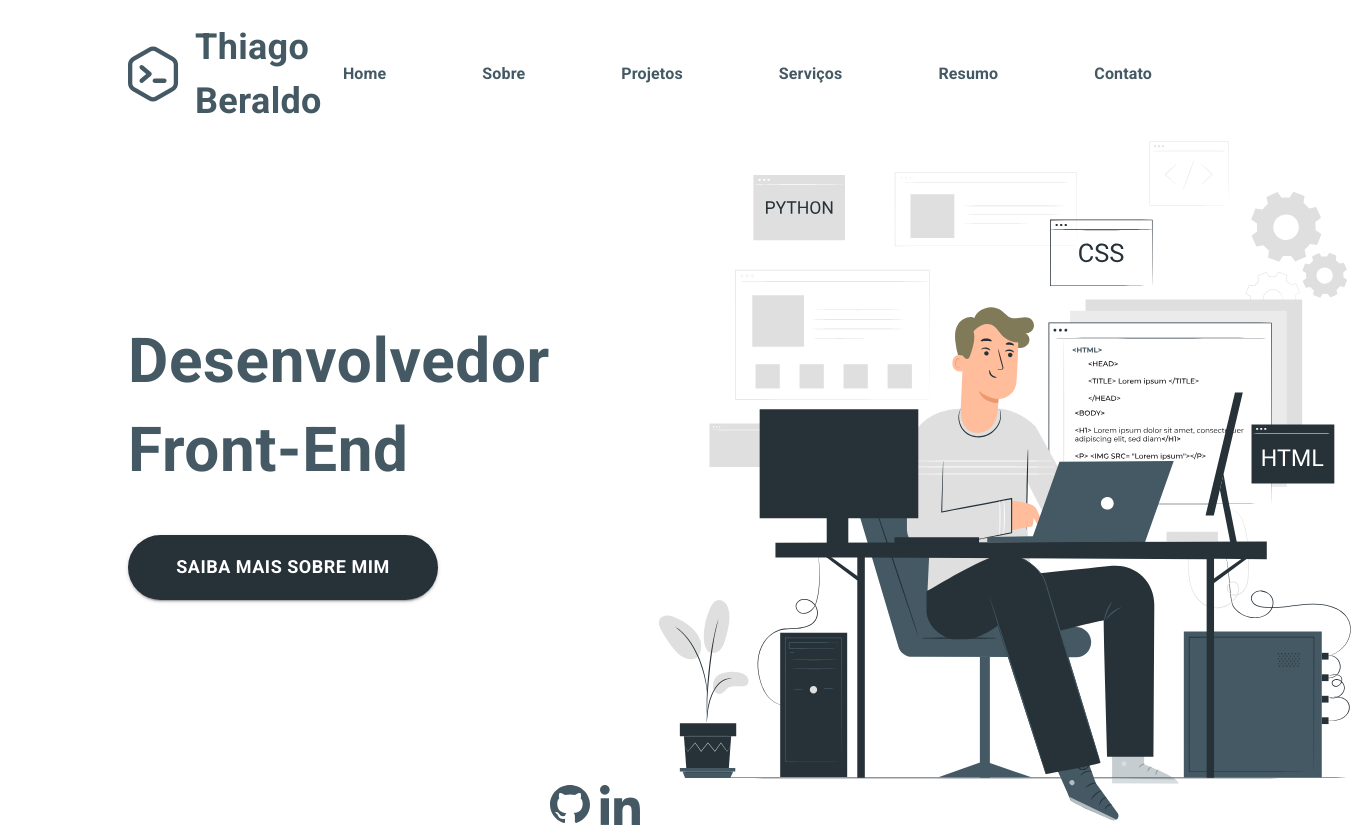
Repository: lenx0/myportfolio
Page: /
These files come from the project's save history. The page is drawn as it stood at one moment and after the next save; the edit follows.
The browser window is 1280 px wide. The page is 1361 px wide, then 1280 px, then 1361 px, so the pictures cover 1361 px, including what lies to the right of the window. The pictures show the whole page.
The project was rebuilt for these pictures with package versions that can differ from the ones it lists, and the page was loaded fresh each time. Also part of the build but not shown: vite.config.js.

Above is the page before, as saved 2024-06-07 10:44:54.

After the next save:
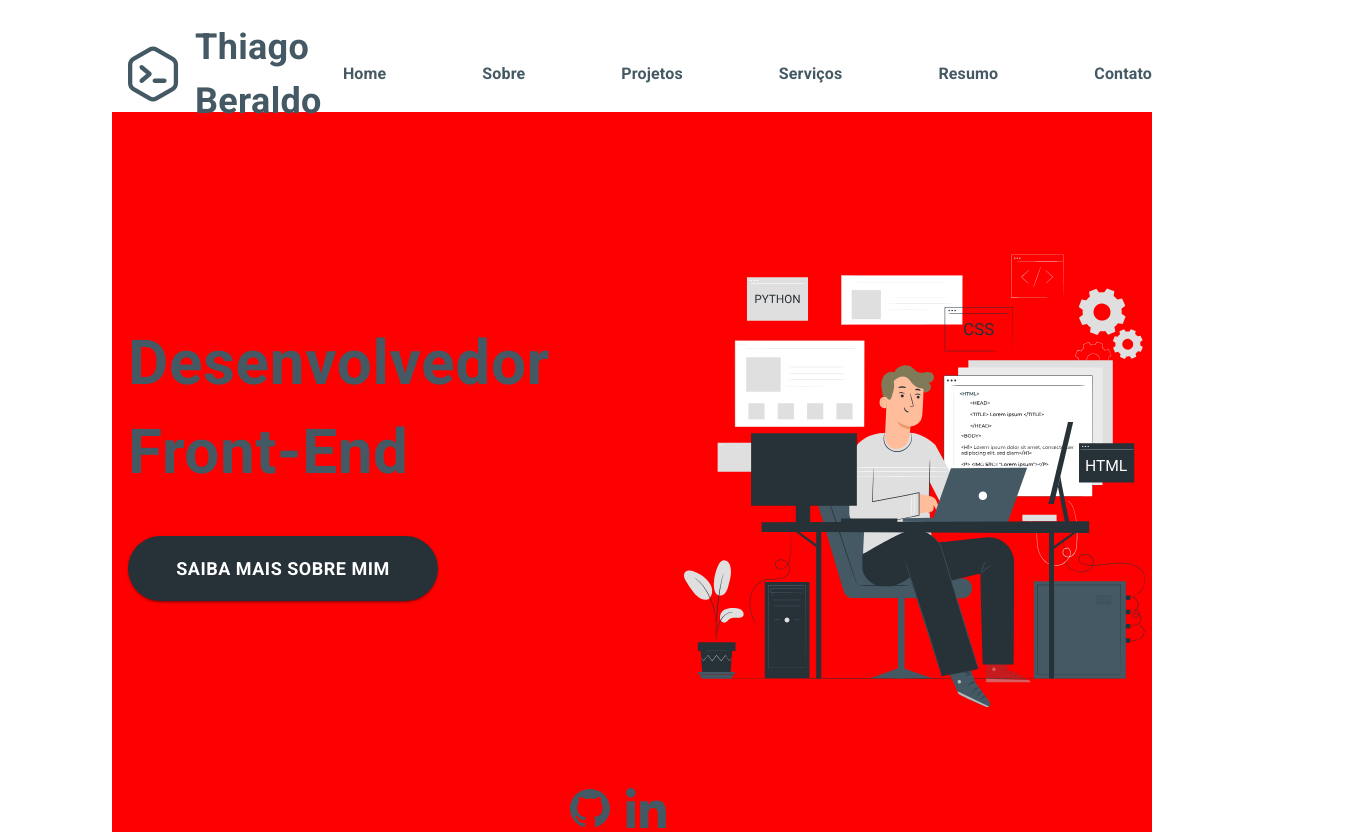
Saved 20 s later.
--- a/src/components/Home/index.jsx
+++ b/src/components/Home/index.jsx
@@ -7,21 +7,21 @@
   return (
     <Grid
       container
-      direction="row"
+      direction={{ xs: 'column', md: 'row' }} // Column on small screens, row on medium and up
       alignItems="center"
       spacing={2}
       wrap="nowrap"
+      sx={{ height: '100vh', backgroundColor: 'red' }} // Optional: background color and full height
     >
-      <Grid item>
+      <Grid item sx={{ textAlign: { xs: 'center', md: 'left' }, mb: { xs: 2, md: 0 } }}>
         <Typography
           variant="body2"
           sx={{
-            fontSize: 62,
+            fontSize: { xs: 32, sm: 48, md: 62 }, // Responsive font size
             fontWeight: 700,
             color: "#445964",
-            flexShrink: 1,
             mb: 5,
-            maxWidth: "50vw",
+            maxWidth: { xs: '90vw', md: '50vw' }, // Responsive max width
           }}
         >
           Desenvolvedor Front-End
@@ -29,11 +29,11 @@
         <Button
           variant="contained"
           sx={{
-            fontSize: 18,
+            fontSize: { xs: 14, sm: 16, md: 18 }, // Responsive font size
             fontWeight: 700,
             backgroundColor: "#263138",
-            width: 310,
-            height: 65,
+            width: { xs: '80%', sm: '70%', md: 310 }, // Responsive width
+            height: { xs: 50, sm: 60, md: 65 }, // Responsive height
             borderRadius: 20,
             mb: 5,
           }}
@@ -41,23 +41,16 @@
           Saiba mais sobre mim
         </Button>
       </Grid>
-      <Box
-        sx={{
-          display: "flex",
-          justifyContent: "flex-start",
-          marginTop: "auto",
-          gap: "10px",
-        }}
-      >
+      <Grid item sx={{ display: 'flex', justifyContent: { xs: 'center', md: 'flex-start' }, mt: { xs: 2, md: 'auto' }, gap: 2 }}>
         <Box>
-          <img src={Github} />
+          <img src={Github} alt="Github" style={{ width: '40px', height: '40px' }} /> {/* Set icon size */}
         </Box>
         <Box>
-          <img src={Linkedin} />
+          <img src={Linkedin} alt="LinkedIn" style={{ width: '40px', height: '40px' }} /> {/* Set icon size */}
         </Box>
-      </Box>
-      <Grid item>
-        <img src={HomeArt} alt="Home Art" />
+      </Grid>
+      <Grid item sx={{ textAlign: { xs: 'center', md: 'left' } }}>
+        <img src={HomeArt} alt="Home Art" style={{ maxWidth: '100%', height: 'auto' }} /> {/* Responsive image */}
       </Grid>
     </Grid>
   );

After the save that followed:
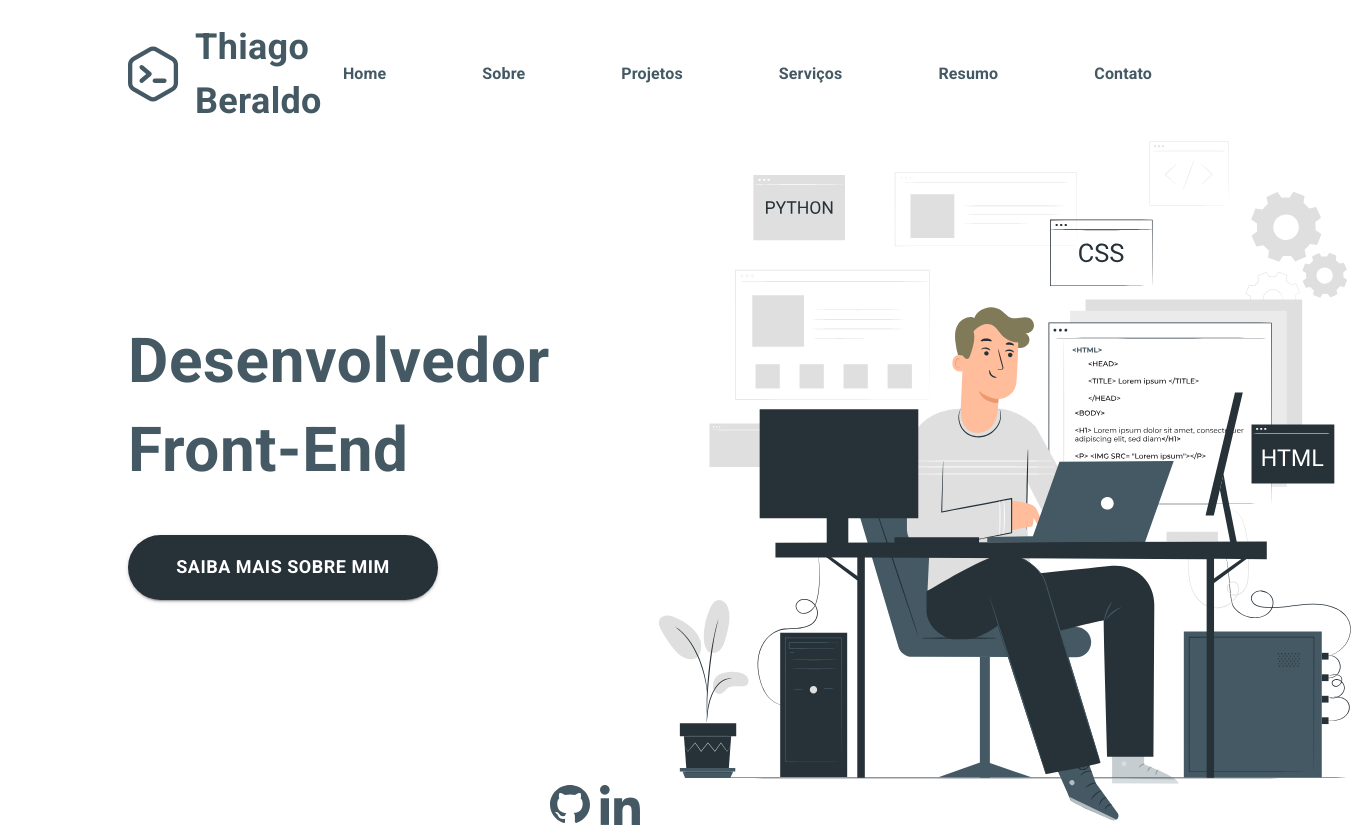
Saved 27 s later.
--- a/src/components/Home/index.jsx
+++ b/src/components/Home/index.jsx
@@ -7,21 +7,21 @@
   return (
     <Grid
       container
-      direction={{ xs: 'column', md: 'row' }} // Column on small screens, row on medium and up
+      direction="row"
       alignItems="center"
       spacing={2}
       wrap="nowrap"
-      sx={{ height: '100vh', backgroundColor: 'red' }} // Optional: background color and full height
     >
-      <Grid item sx={{ textAlign: { xs: 'center', md: 'left' }, mb: { xs: 2, md: 0 } }}>
+      <Grid item>
         <Typography
           variant="body2"
           sx={{
-            fontSize: { xs: 32, sm: 48, md: 62 }, // Responsive font size
+            fontSize: 62,
             fontWeight: 700,
             color: "#445964",
+            flexShrink: 1,
             mb: 5,
-            maxWidth: { xs: '90vw', md: '50vw' }, // Responsive max width
+            maxWidth: "50vw",
           }}
         >
           Desenvolvedor Front-End
@@ -29,11 +29,11 @@
         <Button
           variant="contained"
           sx={{
-            fontSize: { xs: 14, sm: 16, md: 18 }, // Responsive font size
+            fontSize: 18,
             fontWeight: 700,
             backgroundColor: "#263138",
-            width: { xs: '80%', sm: '70%', md: 310 }, // Responsive width
-            height: { xs: 50, sm: 60, md: 65 }, // Responsive height
+            width: 310,
+            height: 65,
             borderRadius: 20,
             mb: 5,
           }}
@@ -41,16 +41,23 @@
           Saiba mais sobre mim
         </Button>
       </Grid>
-      <Grid item sx={{ display: 'flex', justifyContent: { xs: 'center', md: 'flex-start' }, mt: { xs: 2, md: 'auto' }, gap: 2 }}>
+      <Box
+        sx={{
+          display: "flex",
+          justifyContent: "flex-start",
+          marginTop: "auto",
+          gap: "10px",
+        }}
+      >
         <Box>
-          <img src={Github} alt="Github" style={{ width: '40px', height: '40px' }} /> {/* Set icon size */}
+          <img src={Github} />
         </Box>
         <Box>
-          <img src={Linkedin} alt="LinkedIn" style={{ width: '40px', height: '40px' }} /> {/* Set icon size */}
+          <img src={Linkedin} />
         </Box>
-      </Grid>
-      <Grid item sx={{ textAlign: { xs: 'center', md: 'left' } }}>
-        <img src={HomeArt} alt="Home Art" style={{ maxWidth: '100%', height: 'auto' }} /> {/* Responsive image */}
+      </Box>
+      <Grid item>
+        <img src={HomeArt} alt="Home Art" />
       </Grid>
     </Grid>
   );
